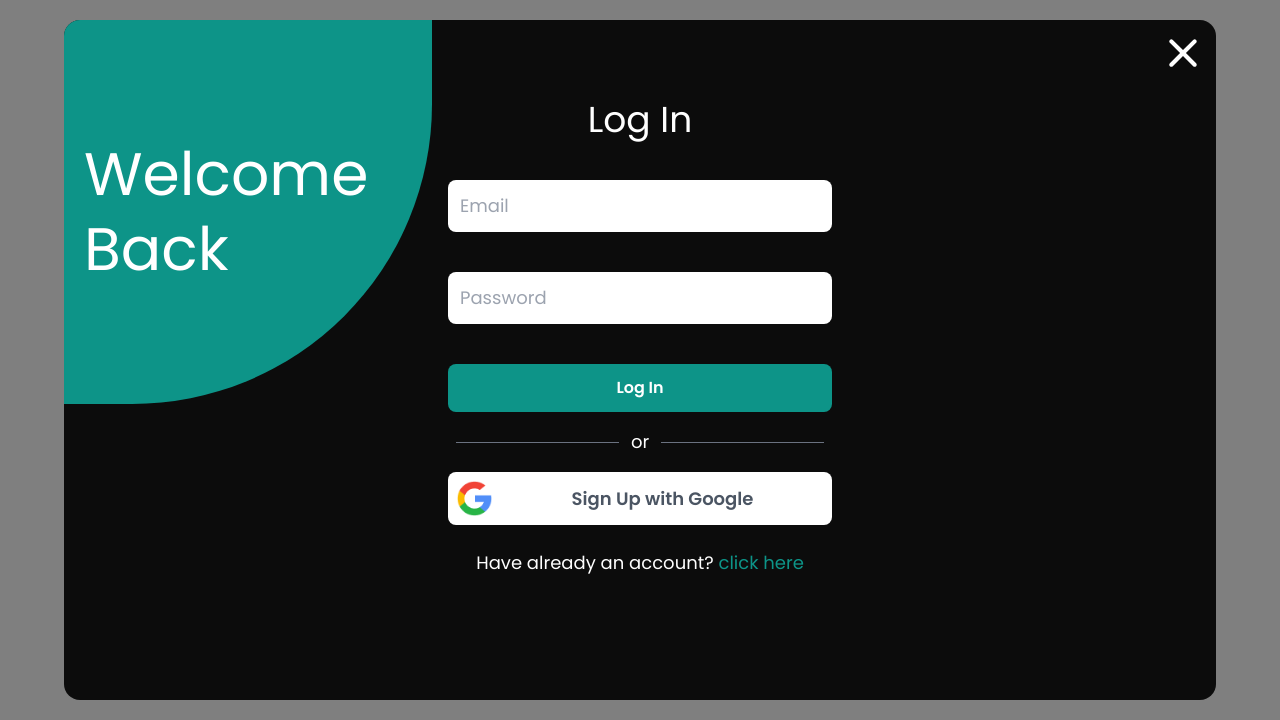
Repository: Ahmed77669/GT-Exams
Page: /
The author's editor kept a copy of each file at every save. The page is drawn from the files as they stood at one save, then again after a run of saves.
The browser window is 1280 px wide. The pictures show the whole page.
The project was rebuilt for these pictures with package versions that can differ from the ones it lists, and the page was loaded fresh each time. The framework's server and built-in components were replaced by stand-ins that run in the browser. Also part of the build but not shown: next.config.mjs.

Above is the page before, as saved 2024-10-04 21:05:27.

After the next 2 saves:
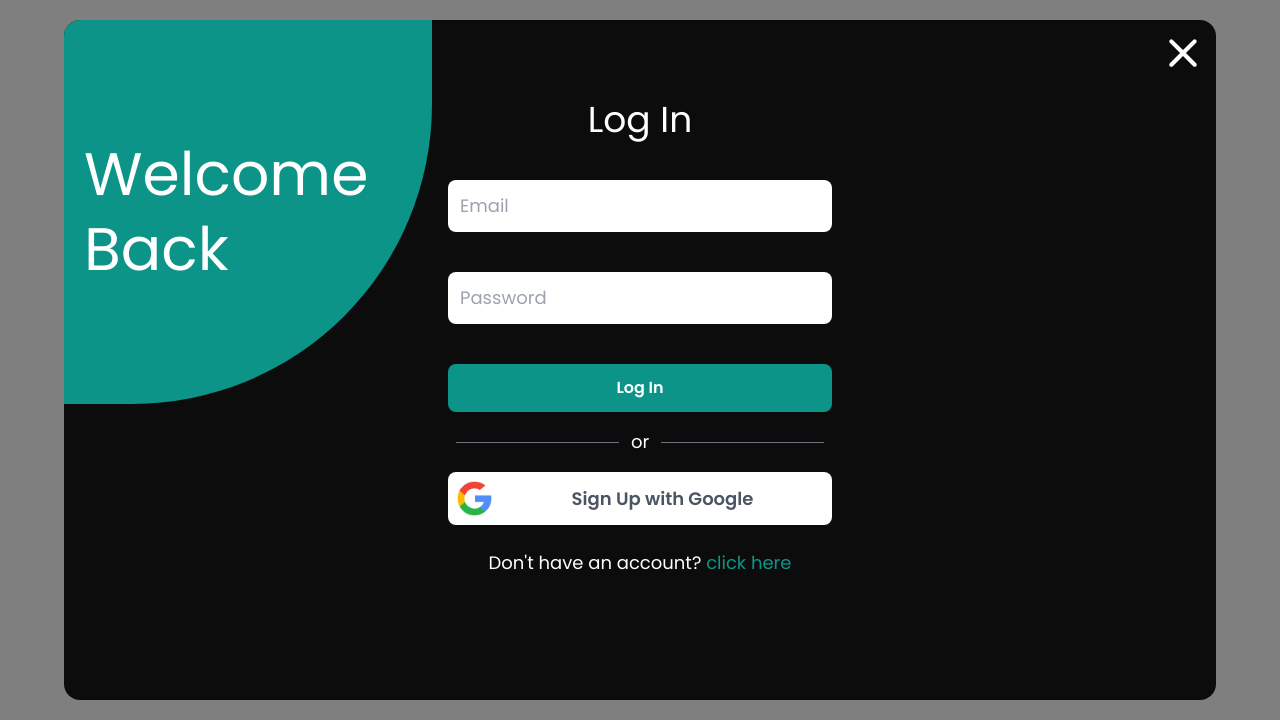
The 2 saves are shown as one change because 1 did not build or start.
The last was saved 2 min 28 s later.
--- a/components/login.tsx
+++ b/components/login.tsx
@@ -13,9 +13,9 @@ const poppins = Poppins({
   weight: ["100", "200", "300", "400", "500", "600", "700"],
 });
 
-interface SignupProps {
+interface LoginProps {
   closeSignup: () => void;
-  toggleForm: (formType: 'login' | 'resetPassword') => void;
+  toggleForm: (formType: 'signup' | 'resetPassword') => void;
 }
 
 const pageVariants = {
@@ -23,7 +23,7 @@ const pageVariants = {
   visible: { opacity: 1, y: 0, transition: { duration: 0.7 } },
 };
 
-const Signup: React.FC<SignupProps> = ({ closeSignup, toggleForm }) => {
+const Login: React.FC<LoginProps> = ({ closeSignup, toggleForm }) => {
   const route = useRouter();
 
   const handleSubmit = (event: React.FormEvent) => {
@@ -77,10 +77,10 @@ const Signup: React.FC<SignupProps> = ({ closeSignup, toggleForm }) => {
                 </div>
                 <div className="text-center mt-6">
                   <p className="text-lg">
-                    Have already an account?{" "}
+                    Don't have an account?{" "}
                     <span
                       className="text-teal-600 cursor-pointer"
-                      onClick={() => toggleForm("login")}
+                      onClick={() => toggleForm("signup")}
                     >
                       click here
                     </span>
@@ -100,4 +100,4 @@ const Signup: React.FC<SignupProps> = ({ closeSignup, toggleForm }) => {
   );
 };
 
-export default Signup;
+export default Login;
